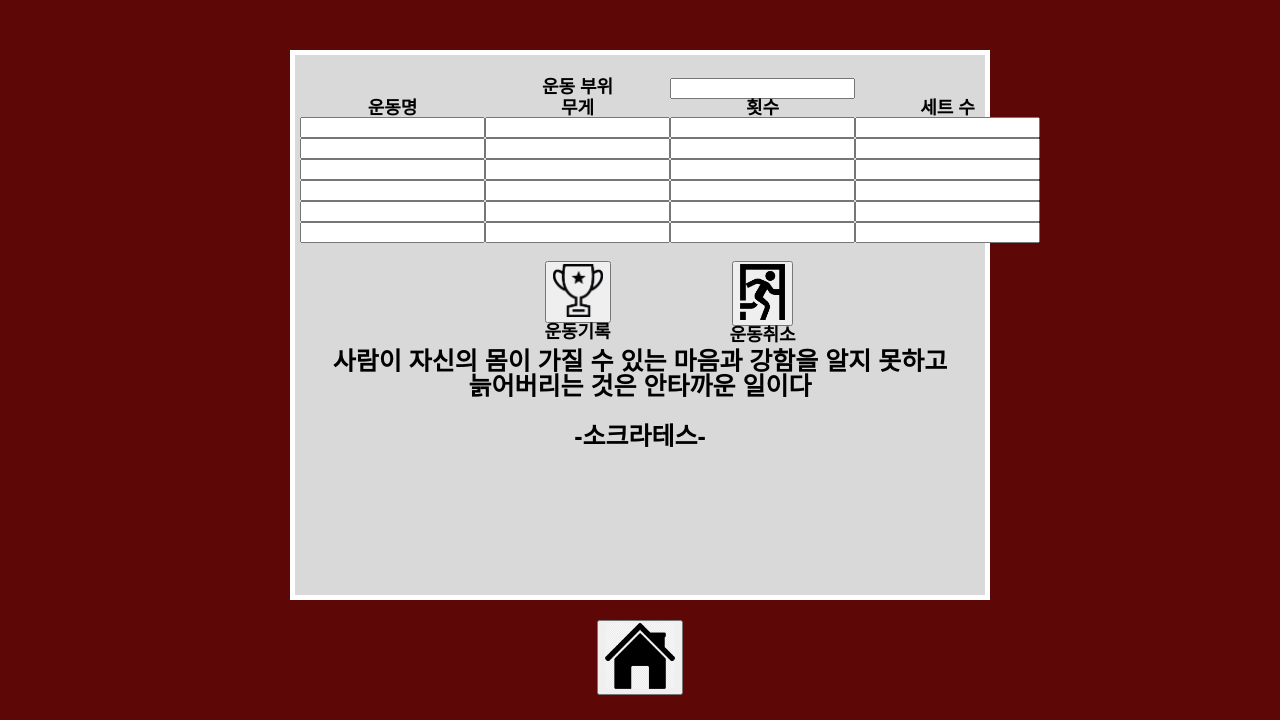
Repository: Up-Min/hrdkorea
Page: http://localhost/jsp_workout/wk_insert.jsp
An editor plug-in stored every save of this project. The page is shown before and after the next save, followed by the edit.
The browser window is 1280 px wide. The pictures show the whole page.
The page is served by Tomcat 9. Other server files are loaded and not shown. The template is opened directly, without the code that normally fills it, so the values that code supplies are empty.

Above is the page before, as saved 2022-12-31 05:40:22.
Console error (its wording comes from the project's code and is left out).

### jsp_workout/src/main/webapp/wk_insert.jsp
<%@ page language="java" contentType="text/html; charset=UTF-8"
	pageEncoding="UTF-8"%>
<%@ taglib prefix="c" uri="http://java.sun.com/jsp/jstl/core"%>
<!DOCTYPE html>
<html>
<head>
<meta charset="UTF-8">
<title>Insert title here</title>
<link rel="stylesheet" href="./css/style.css" />
</head>
<style>
.top {
 text-align: center;
}
.workout {
	width: 700px;
	height : 550px;
	text-align: center;
	color: black;
	border: 5px solid white;
	margin: 0 auto;
	margin-top: 50px;
	font-size: 18px;
	background-color: #D9D9D9;
}

.title{
	margin: 3px;
	font-size: 20px;
}

.wk_insert{

}

.day{
	margin: 0 auto;
	text-align: center;
	padding: 5px;
	display: grid;
}

.good{
	font-size: 25px;
	line-height: 25px;
}

.btn_tohome{
 text-align: center;
}

.tohome{
	margin: 0 auto;
	margin-top: 20px;
}

.last_btn{
 margin: 0 auto;
 text-align: center;
}

hr{
 border : 0px;
}

li:hover {
	cursor: pointer;
}

img:hover {
	cursor: pointer;
}
</style>
<body style = " background-color: #5E0707;">
	<%
	String num = request.getParameter("num");
	%>



	<div class="workout">
		<form class = "wk_insert" name="wk_insert" action="insert">
		<input type="hidden" name="user_id" value="${id}">
		<input type="hidden" name="num" value="${num}">
		<input type="hidden" name="user_pwd" value="${pwd}">
			<div class="day">
				<table>
					<tr>
						<th> </th>
						<th> <br>  </th>
					</tr>
					<tr class = "part">
						<th> </th>
						<th>운동 부위 </th>
						<th>
						<input type="text" name="wk_part" maxlength="20">
						</th>
					</tr>
					<tr>
						<td></td>
					</tr>
					<tr>
						<th>운동명</th>
						<th>무게</th>
						<th>횟수</th>
						<th>세트 수</th>
					</tr>
					<tr>
						<td><input type="text" name="ex_name" maxlength="40"></td>
						<td><input type="text" name="ex_weight" maxlength="20"></td>
						<td><input type="text" name="ex_reps" maxlength="20"></td>
						<td><input type="text" name="ex_sets" maxlength="20"></td>
					</tr>
					<tr>
						<td><input type="text" name="ex_name" maxlength="40"></td>
						<td><input type="text" name="ex_weight" maxlength="20"></td>
						<td><input type="text"  name="ex_reps" maxlength="20"></td>
						<td><input type="text"  name="ex_sets" maxlength="20"></td>
					</tr>
					<tr>
						<td><input type="text" name="ex_name" maxlength="40"></td>
						<td><input type="text" name="ex_weight" maxlength="20"></td>
						<td><input type="text" name="ex_reps" maxlength="20"></td>
						<td><input type="text" name="ex_sets" maxlength="20"></td>
					</tr>
					<tr>
						<td><input type="text" name="ex_name" maxlength="40"></td>
						<td><input type="text" name="ex_weight" maxlength="20"></td>
						<td><input type="text" name="ex_reps" maxlength="20"></td>
						<td><input type="text" name="ex_sets" maxlength="20"></td>
					</tr>
					<tr>
						<td><input type="text" name="ex_name" maxlength="40"></td>
						<td><input type="text" name="ex_weight" maxlength="20"></td>
						<td><input type="text" name="ex_reps" maxlength="20"></td>
						<td><input type="text" name="ex_sets" maxlength="20"></td>
					</tr>
					<tr>
						<td><input type="text" name="ex_name" maxlength="40"></td>
						<td><input type="text" name="ex_weight" maxlength="20"></td>
						<td><input type="text" name="ex_reps" maxlength="20"></td>
						<td><input type="text" name="ex_sets" maxlength="20"></td>
					</tr>
					<tr class = "last_btn">
						<td></td>
						<td>
							<br>
							<button onclick="chk_form(); return false;"> <img alt="성공" src="./img/achievement.png" width="50px">
							<br>
							</button>
							<p> 운동기록 </p>
						</td>
						<td>
						<br>
						<button onclick="chk_cancel(${id},${pwd}); return false;"><img alt="나가기" src="./img/exit1.png" width="45px"></button>
						<p> 운동취소 </p>
						</td>
						<td></td>

					</tr>

				</table>
			</div>
		</form>
		<div class = "good">
		<p>
			사람이 자신의 몸이 가질 수 있는 마음과 강함을 알지 못하고 <br> 늙어버리는 것은 안타까운 일이다 <br>
			<br>
			<b> -소크라테스- </b>
		</p>
		</div>


	</div>

	<div class="btn_tohome">
	<button class="tohome" onclick="location.href = 'signin?user_id=${id}&user_pwd=${pwd}'"> <img alt="홈으로" src="./img/home.png" width="70px"> </button>
	</div>


	<script type="text/javascript" src="./script.js"></script>
</body>

</html>

### jsp_workout/src/main/webapp/css/style.css
@charset "UTF-8";
@import url('./reset.css');

* { box-sizing: border-box; }
.video-background {
  background: #000;
  position: fixed;
  top: 0; right: 0; bottom: 0; left: 0;
  z-index: -99;
}
.video-foreground,
.video-background iframe {
  position: absolute;
  top: 0;
  left: 0;
  width: 100%;
  height: 100%;
  pointer-events: none;
}
#vidtop-content {
    top: 0;
    color: #fff;
}
.vid-info { position: absolute; top: 0; right: 0; width: 33%; background: rgba(0,0,0,0.3); color: #fff; padding: 1rem; font-family: Avenir, Helvetica, sans-serif; }
.vid-info h1 { font-size: 2rem; font-weight: 700; margin-top: 0; line-height: 1.2; }
.vid-info a { display: block; color: #fff; text-decoration: none; background: rgba(0,0,0,0.5); transition: .6s background; border-bottom: none; margin: 1rem auto; text-align: center; }
@media all and (max-width: 600px) {
.vid-info { width: 50%; padding: .5rem; }
.vid-info h1 { margin-bottom: .2rem; }
}
@media all and (max-width: 500px) {
.vid-info .acronym { display: none; }
}

*,:after,:before{box-sizing:border-box}
.clearfix:after,.clearfix:before{content:'';display:table}
.clearfix:after{clear:both;display:block}
a{color:inherit;text-decoration:none}

.tab:hover{
	cursor: pointer;
}

.login-wrap{
  width:100%;
  margin:auto;
  max-width:525px;
  min-height:950px;
  position:relative;
  box-shadow:0 12px 15px 0 rgba(0,0,0,.24),0 17px 50px 0 rgba(0,0,0,.19);
}
.login-html{
  width:100%;
  height:100%;
  position:absolute;
  padding:90px 70px 50px 70px;
  background:rgba(40,57,101,.9);
}
.login-html .sign-in-htm,
.login-html .sign-up-htm{
  top:0;
  left:0;
  right:0;
  bottom:0;
  position:absolute;
  transform:rotateY(180deg);
  backface-visibility:hidden;
  transition:all .4s linear;
}
.login-html .sign-in,
.login-html .sign-up,
.login-form .group .check{
  display:none;
}
.login-html .tab,
.login-form .group .label,
.login-form .group .button{
  text-transform:uppercase;
}
.login-html .tab{
  font-size:22px;
  margin-right:15px;
  padding-bottom:5px;
  margin:0 15px 10px 0;
  display:inline-block;
  border-bottom:2px solid transparent;
}
.login-html .sign-in:checked + .tab,
.login-html .sign-up:checked + .tab{
  color:#fff;
  border-color:#1161ee;
}
.login-form{
  min-height:345px;
  position:relative;
  perspective:1000px;
  transform-style:preserve-3d;
}
.login-form .group{
  margin-bottom:15px;
}
.login-form .group .label,
.login-form .group .input,
.login-form .group .button{
  width:100%;
  color:#fff;
  display:block;
}
.login-form .group .input,
.login-form .group .button{
  border:none;
  padding:15px 20px;
  border-radius:25px;
  background:rgba(255,255,255,.1);
}
.login-form .group .button:hover{
	cursor: pointer;
}

.login-form .group input[data-type="password"]{
  text-security:circle;
  -webkit-text-security:circle;
}
.login-form .group .label{
  color:#aaa;
  font-size:12px;
}
.login-form .group .button{
  background:#1161ee;
}
.login-form .group label .icon{
  width:15px;
  height:15px;
  border-radius:2px;
  position:relative;
  display:inline-block;
  background:rgba(255,255,255,.1);
}
.login-form .group label .icon:before,
.login-form .group label .icon:after{
  content:'';
  width:10px;
  height:2px;
  background:#fff;
  position:absolute;
  transition:all .2s ease-in-out 0s;
}
.login-form .group label .icon:before{
  left:3px;
  width:5px;
  bottom:6px;
  transform:scale(0) rotate(0);
}
.login-form .group label .icon:after{
  top:6px;
  right:0;
  transform:scale(0) rotate(0);
}
.login-form .group .check:checked + label{
  color:#fff;
}
.login-form .group .check:checked + label .icon{
  background:#1161ee;
}
.login-form .group .check:checked + label .icon:before{
  transform:scale(1) rotate(45deg);
}
.login-form .group .check:checked + label .icon:after{
  transform:scale(1) rotate(-45deg);
}
.login-html .sign-in:checked + .tab + .sign-up + .tab + .login-form .sign-in-htm{
  transform:rotate(0);
}
.login-html .sign-up:checked + .tab + .login-form .sign-up-htm{
  transform:rotate(0);
}

body{
  margin:0;
  color:#6a6f8c;
  background:#c8c8c8;
  font:600 16px/18px 'Open Sans',sans-serif;
}

.all{
	top : 100px;
	width: 800px;

}

ul{
	list-style: none;
}

tr:hover{
	cursor: pointer;
}

.hr{
  height:2px;
  margin:60px 0 50px 0;
  background:rgba(255,255,255,.2);
}
.foot-lnk{
  text-align:center;
}

### jsp_workout/src/main/webapp/script.js

function signup() {
	let regex = new RegExp('[a-z0-9]+@[a-z]+\.[a-z]{2,3}');
	var f = document.signup_form;
	var p = f.user_pwd.value;
	var p1 = f.user_pwd1.value;
	var i = f.user_id.value;
	var e = f.user_email.value;

	if (i == '') {
		alert("아이디를 입력해 주십시오.");
		i.focus();
		return false;
	}
	if (p == '') {
		alert("비밀번호를 입력해 주십시오.");
		p.focus();
		return false;
	}
	if (p1 == '') {
		alert("비밀번호 확인을 입력해 주십시오.");
		p1.focus();
		return false;
	}
	if (e == '') {
		alert("이메일 주소를 입력해 주십시오.");
		e.focus();
		return false;
	}

	if (p != p1) {
		alert("비밀번호가 일치하지 않습니다. 다시 확인해주세요.");
		p.focus();
		return false;
	} else if (regex.test(e) == false) {
		alert("올바른 이메일 형식이 아닙니다. 다시 확인해주세요.");
		e.focus();
		return false;
	} else {
		alert("회원가입이 완료 되었습니다.");
		f.submit();
	}
}

/*function pwdchk(){
	var f = document.signup_form;
	var p = f.user_pwd.value;
	var p1 = f.user_pwd1.value;



	if(p != p1){
		alert("비밀번호가 일치하지 않습니다. 다시 확인해주세요.")
	}else if(p = p1){
		alert("비밀번호가 일치합니다!")
	}
}*/

function chkpwd2() {
	var f = document.signup_form;
	var p = f.user_pwd.value;
	var p1 = f.user_pwd1.value;
	var r1 = document.getElementById("label_pwd1");
	var r2 = document.getElementById("label_pwd2");

	r1.style.display = 'none';
	r2.style.display = 'none';

	if (p != p1) {
		r1.style.display = 'none';
		r2.style.display = 'block';
	} else if (p == p1) {
		r1.style.display = 'block';
		r2.style.display = 'none';
	}
}

function chkEmail() {
	let regex = new RegExp('[a-z0-9]+@[a-z]+\.[a-z]{2,3}');
	var f = document.signup_form;
	var e = f.user_email.value;
	var e2 = document.getElementById("label_email");
	var e3 = document.getElementById("label_email1");

	e2.style.display = 'none';
	e3.style.display = 'none';

	if (regex.test(e) == false) {
		e2.style.display = 'block';
	}else if (regex.test(e) == true){
		e2.style.display = 'none';
		e3.style.display = 'block';
	}
}


function insert() {
	alert("운동 기록이 완료 되었습니다.");
	submit();
}

function chk_delete() {
	const result = confirm("정말 삭제하시겠습니까?");
	if (result) {
		alert("삭제가 완료 되었습니다.");
		submit();
	}
	return false;
}

function chk_cancel(user_id, user_pwd) {
	var result = confirm("하시던 운동을 취소하시겠습니까?");
	if (result) {
		alert("초기 화면으로 돌아갑니다.");
		location.href = "/jsp_workout/signin?user_id=" + user_id + "&user_pwd=" + user_pwd;
	} else {
		return false;
	}
}

function update() {
	var f = document.editForm;
	var n = f.ex_name.value;
	var w = f.ex_weight.value;
	var r = f.ex_reps.value;
	var s = f.ex_sets.value;

	if (n == '') {
		alert("수정할 운동 이름을 입력해 주십시오.");
		n.focus();
		return false;
	}
	if (w == '') {
		alert("수정할 운동 무게를 입력해 주십시오.");
		w.focus();
		return false;
	}
	if (r == '') {
		alert("수정할 운동 횟수를 입력해 주십시오.");
		r.focus();
		return false;
	}
	if (s == '') {
		alert("수정할 운동 세트를 입력해 주십시오.");
		s.focus();
		return false;
	}

	alert("수정이 완료 되었습니다.");
	submit();
}


function logout() {
	alert("로그아웃이 완료 되었습니다!");
	location.href = "/jsp_workout/";
}

### jsp_workout/src/main/webapp/css/reset.css
/* 홈페이지 초기화 reset.css */

/* http://meyerweb.com/eric/tools/css/reset/
   v2.0 | 20110126
   License: none (public domain)
*/

html, body, div, span, applet, object, iframe,
h1, h2, h3, h4, h5, h6, p, blockquote, pre,
a, abbr, acronym, address, big, cite, code,
del, dfn, em, img, ins, kbd, q, s, samp,
small, strike, strong, sub, sup, tt, var,
b, u, i, center,
dl, dt, dd, ol, ul, li,
fieldset, form, label, legend,
table, caption, tbody, tfoot, thead, tr, th, td,
article, aside, canvas, details, embed,
figure, figcaption, footer, header, hgroup,
menu, nav, output, ruby, section, summary,
time, mark, audio, video {
	margin: 0;
	padding: 0;
	border: 0;
	font-size: 100%;
	font: inherit;
	vertical-align: baseline;
	font-family: 'Jua', sans-serif;
}
/* HTML5 display-role reset for older browsers */
article, aside, details, figcaption, figure,
footer, header, hgroup, menu, nav, section {
	display: block;
}
body {
	line-height: 1;
}
ol, ul {
	list-style: none;
}
blockquote, q {
	quotes: none;
}
blockquote:before, blockquote:after,
q:before, q:after {
	content: '';
	content: none;
}
table {
	border-collapse: collapse;
	border-spacing: 0;
}

/* 추가 */

a { text-decoration: none !important;
	color: black;
}

header, footer, section {
	box-sizing:border-box;
}

iframe { /* 영상때문에 쓰임. 영상 크기 맞춰둠. */
	width: 100%;
}

After the next save:
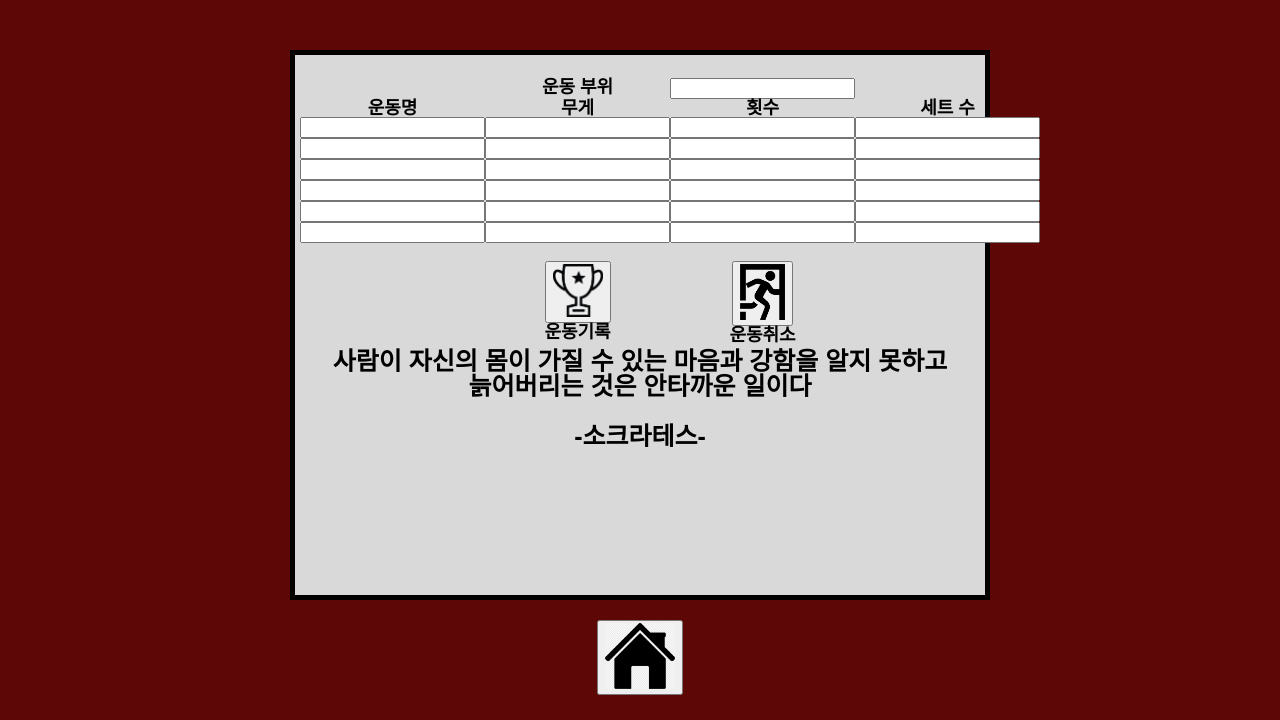
Saved 30 s later.
--- a/jsp_workout/src/main/webapp/wk_insert.jsp
+++ b/jsp_workout/src/main/webapp/wk_insert.jsp
@@ -17,7 +17,7 @@
 	height : 550px;
 	text-align: center;
 	color: black;
-	border: 5px solid white;
+	border: 5px solid black;
 	margin: 0 auto;
 	margin-top: 50px;
 	font-size: 18px;

After the save that followed:
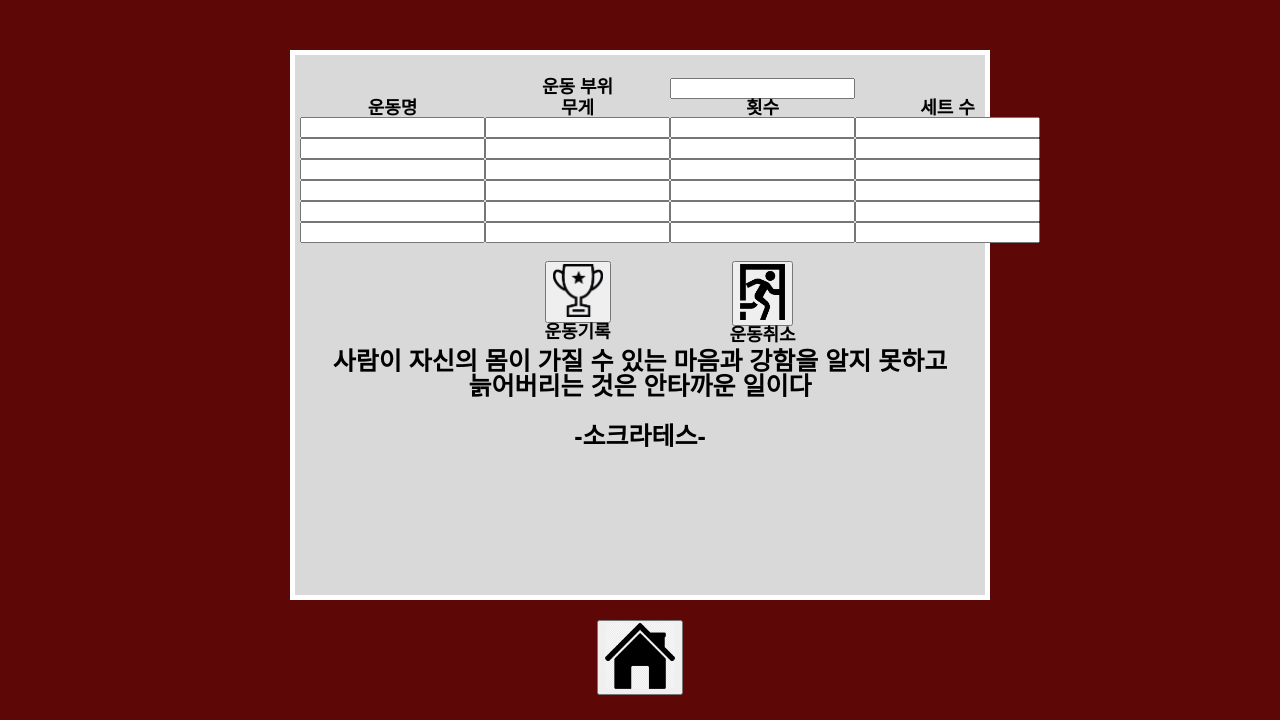
Saved 9 s later.
--- a/jsp_workout/src/main/webapp/wk_insert.jsp
+++ b/jsp_workout/src/main/webapp/wk_insert.jsp
@@ -17,7 +17,7 @@
 	height : 550px;
 	text-align: center;
 	color: black;
-	border: 5px solid black;
+	border: 5px solid white;
 	margin: 0 auto;
 	margin-top: 50px;
 	font-size: 18px;
